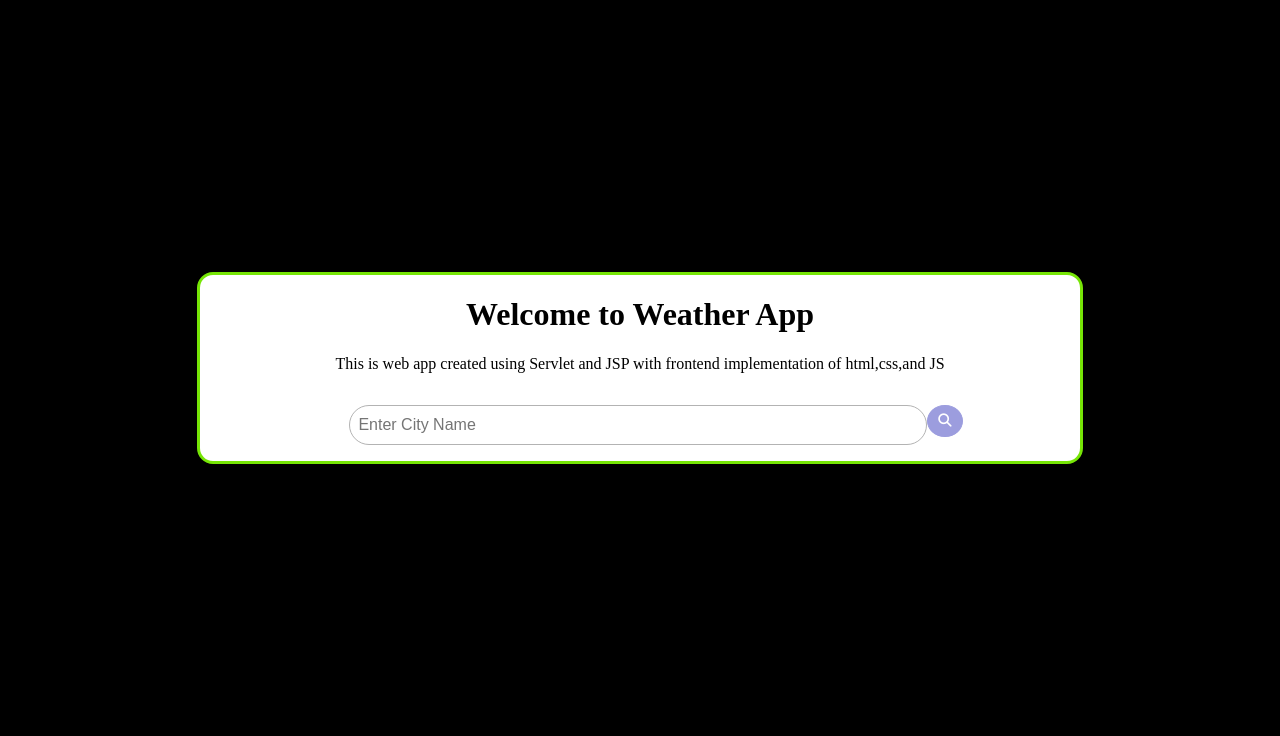
Repository: krv9/projects
Page: http://localhost/WeatherApp/
These files come from the project's save history. The page is drawn as it stood at one moment and after the next save; the edit follows.
The browser window is 1280 px wide. The pictures show the whole page.
The pointer rests on the first visible `.searchInput button`.
The page is served by Tomcat 10. Other server files are loaded and not shown.

Above is the page before, as saved 2024-09-24 13:30:54.

### WeatherApp/src/main/webapp/index.html
<!DOCTYPE html>
<html>
<head>
 <meta charset="UTF-8">
    <meta http-equiv="X-UA-Compatible" content="IE=edge">
    <meta name="viewport" content="width=device-width, initial-scale=1.0">
    <title>Weather App</title>
    <link rel="stylesheet" href="https://cdnjs.cloudflare.com/ajax/libs/font-awesome/6.4.0/css/all.min.css" />
    <link rel="stylesheet" href="Style.css" />

</head>
<body>
<div class="container">
   		<h1 id="font">Welcome to Weather App</h1>
   		<p id="font">This is web app created using Servlet and JSP with frontend implementation of html,css,and JS</p>
        <form action="myservlet" method="post" class="searchInput">
            <input type="text" placeholder="Enter City Name" id="searchInput" name="city"/>
            <button id="searchButton"><i class="fa-solid fa-magnifying-glass"></i></button>
      </form>
 </div>

</body>
</html>

### WeatherApp/src/main/webapp/Style.css
@charset "UTF-8";
body{
	display: flex;
  height: 100vh;
  align-items: center;
  justify-content: center;
	background:black;
}
.container{
	 width: 55rem;
  height: auto;
  border-color:#76e506;
  border-style:solid;
  border-radius: 1rem;
  background: #fff;
  box-shadow: 0 14px 28px rgba(0,0,0,0.25),
			0 10px 10px rgba(0,0,0,0.22);
}
#font{
	color:black;
	align-items: center;
  justify-content: center;
  text-align:center;
}

.searchInput {
  width: 100%;
  display: flex;
  padding: 1rem 1rem;
  justify-content: center;
}

.searchInput input {
  width: 35rem;
  height: 2rem;
  outline: none;
  font-size: 1rem;
  color: #525050;
  padding: 0.2rem 0.5rem;
  border-radius: 1.5rem;
  border: 1px solid #b3b3b3;
}

.searchInput input:focus {
  border: 1px solid #76e506;
}

.searchInput button {
  width: 2.2rem;
  height: 2rem;
    padding: 0.2rem 0.5rem;
  cursor: pointer;
  color: #9b9b9b;
  border-radius: 50%;

  transition: all 0.3s ease;
  background-color: #fff;
  border: 1px solid #b3b3b3;
}

.searchInput button:hover {
  color: #fff;
  background-color: #9c9dde;
  border: 1px solid #9c9dde;
}

After the next save:
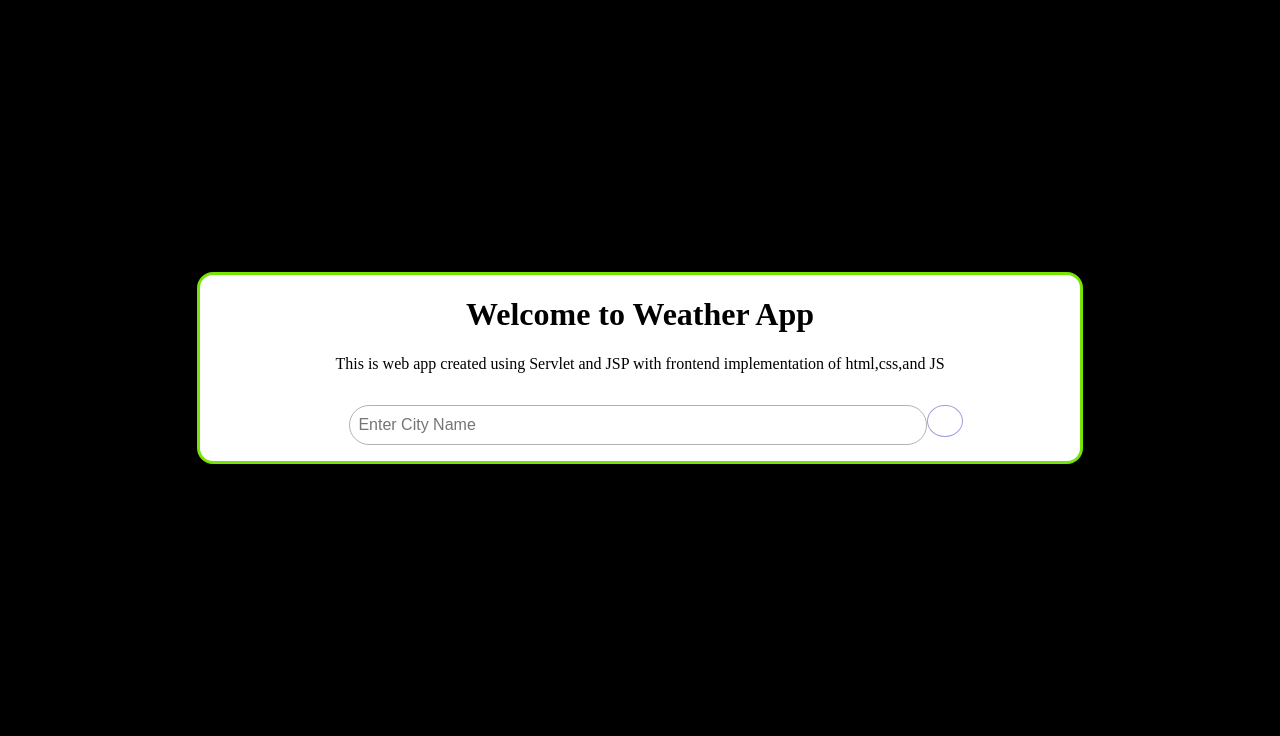
Saved 18 s later.
--- a/WeatherApp/src/main/webapp/Style.css
+++ b/WeatherApp/src/main/webapp/Style.css
@@ -60,6 +60,7 @@ body{
 
 .searchInput button:hover {
   color: #fff;
-  background-color: #9c9dde;
+  background-color: #  padding: 0.2rem 0.5rem;
+  ;
   border: 1px solid #9c9dde;
 }
